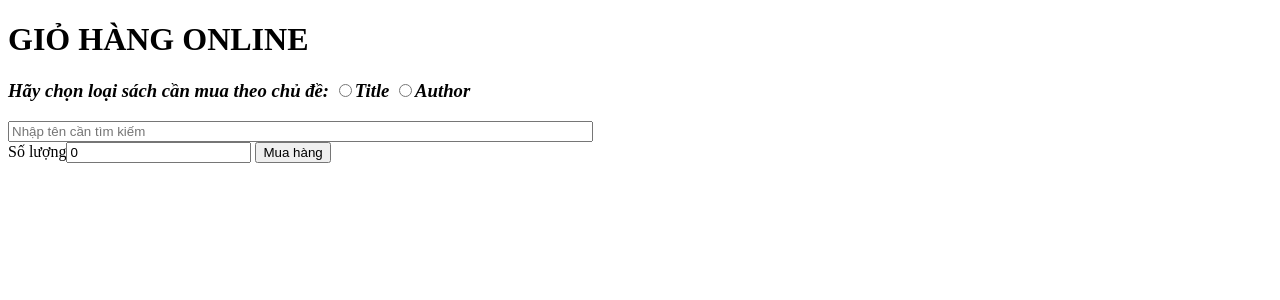
Repository: trangtruc/Java_NangCao
Page: http://localhost/Demo_Database/Myeshop.jsp
The author's editor kept a copy of each file at every save. The page is drawn from the files as they stood at one save, then again after the next save.
The browser window is 1280 px wide. The pictures show the whole page.
The page is served by Tomcat 9. Queries for data that is not in the repository find no rows.

Above is the page before, as saved 2017-03-14 12:30:10.

After the next save:
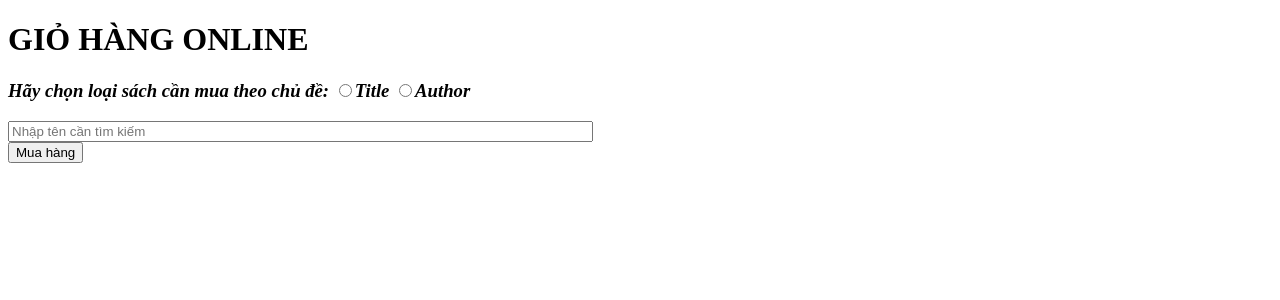
Saved 50 s later.
--- a/Buoi4/Demo_Database/WebContent/Myeshop.jsp
+++ b/Buoi4/Demo_Database/WebContent/Myeshop.jsp
@@ -7,15 +7,7 @@
 <html>
     <head>
         <title>My E-Shop</title>
-        <script type="text/javascript">
-            function kt(){
-                var s=document.getElementById("sl").value;
 
-                if(isNaN(s) || s<=0 )
-                    return false;
-                return true;
-            }
-        </script>
     </head>
     <body>
         <h1>GIỎ HÀNG ONLINE</h1>
@@ -33,9 +25,8 @@
 
 			</br>
 
-            Số lượng<input name="soluong" value="0" id="sl"/>
             <input type="hidden" name="action" value="muahang"/>
-            <input type="submit" value="Mua hàng" onclick="return kt()"/>
+            <input type="submit" value="Mua hàng"/>
 
 
         </form>
